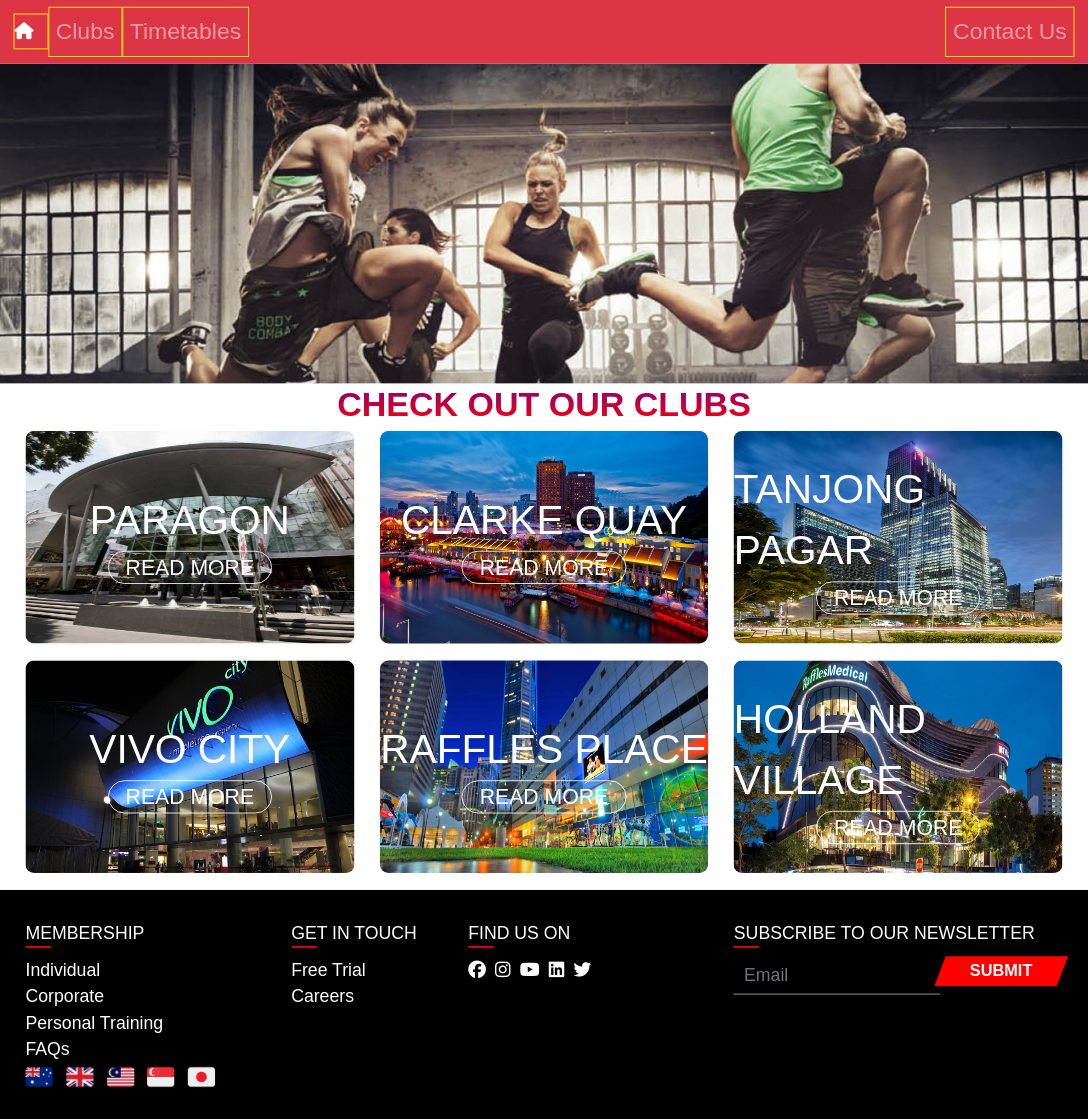
Repository: KJY93/User_Centric_Frontend_Development_Project
Page: clubs.html
The author's editor kept a record of every edit. The page is drawn from the files as they stood at one moment, then again after the next edit.
The browser window is 1280 px wide. The pictures show the whole page, at 85% of full size.
Some web fonts or font styles are not loaded; a fallback is used. Some web libraries are served in a nearby version.

Above is the page before.

### clubs.html
<!DOCTYPE html>
<html lang="en-US">
	<head>
	    <meta charset="UTF-8">
	    <meta name="viewport" content="width=device-width, initial-scale=1.0">
	    <meta http-equiv="X-UA-Compatible" content="ie=edge">
	    <title>Shape Shifters | Our Clubs</title>

		<!-- Google Fonts -->
	    <link href="https://fonts.googleapis.com/css?family=Cute+Font&display=swap" rel="stylesheet">

	    <!-- Logo -->
	    <link rel="icon" href="static/fitness-logo.ico">

	    <!-- Bootstrap CSS -->
	    <link rel="stylesheet" href="https://stackpath.bootstrapcdn.com/bootstrap/4.3.1/css/bootstrap.min.css" integrity="sha384-ggOyR0iXCbMQv3Xipma34MD+dH/1fQ784/j6cY/iJTQUOhcWr7x9JvoRxT2MZw1T" crossorigin="anonymous">

	    <!-- External CSS StyleSheet -->
		<link rel="stylesheet" type="text/css" href="static/styles.css">

		<!-- Bootstrap JS -->
	    <script src="https://code.jquery.com/jquery-3.3.1.slim.min.js" integrity="sha384-q8i/X+965DzO0rT7abK41JStQIAqVgRVzpbzo5smXKp4YfRvH+8abtTE1Pi6jizo" crossorigin="anonymous"></script>
	    <script src="https://cdnjs.cloudflare.com/ajax/libs/popper.js/1.14.7/umd/popper.min.js" integrity="sha384-UO2eT0CpHqdSJQ6hJty5KVphtPhzWj9WO1clHTMGa3JDZwrnQq4sF86dIHNDz0W1" crossorigin="anonymous"></script>
	    <script src="https://stackpath.bootstrapcdn.com/bootstrap/4.3.1/js/bootstrap.min.js" integrity="sha384-JjSmVgyd0p3pXB1rRibZUAYoIIy6OrQ6VrjIEaFf/nJGzIxFDsf4x0xIM+B07jRM" crossorigin="anonymous"></script>

	    <!-- Font Awesome -->
	    <script src="https://kit.fontawesome.com/3df94da5fe.js"></script>

	    <!--External JS -->
	    <script type="text/javascript" src="static/index.js"></script>
	</head>
	<body>
		<main>
	        <!-- Navbar -->
			<nav class="navbar navbar-expand-md navbar-dark bg-danger">

			  	<button class="navbar-toggler" type="button" data-toggle="collapse" data-target="#navbarNav">
			    <span class="navbar-toggler-icon"></span>
			  	</button>
			  	<div class="collapse navbar-collapse justify-content-between" id="navbarNav">
					<ul class="navbar-nav">
						<li class="nav-item">
			    			<a class="navbar-brand nav-status" href="index.html"><span><i class="fas fa-home"></i></span></a>
			    		</li>
					</ul>
			    	<ul class="navbar-nav mr-auto">
			      		<li class="nav-item">
			        		<a class="nav-link nav-status" href="clubs.html">Clubs</a>
			      		</li>
			      		<li class="nav-item">
			        		<a class="nav-link nav-status" href="timetables.html">Timetables</a>
			      		</li>
			    	</ul>

			    	<ul class="navbar-nav ml-auto">
			      		<li class="nav-item">
			        		<a class="nav-link nav-status" href="contact.html">Contact Us</a>
			      		</li>
			    	</ul>
			  	</div>
			</nav>

			<!-- Header background -->
			<div id="club-header-background"></div>

			<div>
				<h1 class="club-header"><strong>CHECK OUT OUR CLUBS</strong></h1>
			</div>

			<!-- To display clubs location -->
			<div class="container-fluid">
				<div class="row">
					<div class="col-sm-12 col-md-4 location-container">
						<a id="location-image-1" class="location" href="#">
							<div class="location-name">
								PARAGON
							</div>
							<div class="club-info">
								READ MORE
							</div>
						</a>
					</div>

					<div class="col-sm-12 col-md-4 location-container">
						<a id="location-image-2" class="location" href="#">
							<div class="location-name">
								CLARKE QUAY
							</div>
							<div class="club-info">
								READ MORE
							</div>
						</a>
					</div>

					<div class="col-sm-12 col-md-4 location-container">
						<a id="location-image-3" class="location" href="#">
							<div class="location-name">
								TANJONG PAGAR
							</div>
							<div class="club-info">
								READ MORE
							</div>
						</a>
					</div>

					<div class="col-sm-12 col-md-4 location-container">
						<a id="location-image-4" class="location" href="#">
							<div class="location-name">
								VIVO CITY
							</div>
							<div class="club-info">
								READ MORE
							</div>
						</a>
					</div>

					<div class="col-sm-12 col-md-4 location-container">
						<a id="location-image-5" class="location" href="#">
							<div class="location-name">
								RAFFLES PLACE
							</div>
							<div class="club-info">
								READ MORE
							</div>
						</a>
					</div>

					<div class="col-sm-12 col-md-4 location-container">
						<a id="location-image-6" class="location" href="#">
							<div class="location-name">
								HOLLAND VILLAGE
							</div>
							<div class="club-info">
								READ MORE
							</div>
						</a>
					</div>
				</div>
			</div>

			<!-- Footer -->
			<footer>
				<div class="container-fluid">
					<div class="row">
						<div class="col-sm-12 col-md-3">
							<div>MEMBERSHIP</div>
							<div class="separator"></div>
							<div>Individual</div>
							<div>Corporate</div>
							<div>Personal Training</div>
							<div>FAQs</div>
						</div>

						<div class="col-sm-12 col-md-2">
							<div>GET IN TOUCH</div>
							<div class="separator"></div>
							<div>Free Trial</div>
							<div>Careers</div>
						</div>

						<div class="col-sm-12 col-md-3">
							<div>FIND US ON</div>
							<div class="separator"></div>
							<div>
								<i class="fab fa-facebook social-media-logo"></i>
								<i class="fab fa-instagram social-media-logo"></i>
								<i class="fab fa-youtube social-media-logo"></i>
								<i class="fab fa-linkedin social-media-logo"></i>
								<i class="fab fa-twitter social-media-logo"></i>
							</div>
						</div>

						<div class="col-sm-12 col-md-4">
							<div>SUBSCRIBE TO OUR NEWSLETTER</div>

							<div class="separator"></div>

							<form method="post" action="">
								<div class="input-field-container">
									<div class="form-group">
										<input input id="subscription" type="email" class="form-control" placeholder="Email" required>
									</div>

									<div class="each">
										<button type="button" class="submit-btn" value="submit"><span>SUBMIT</span></button>
									</div>
								</div>
							</form>
						</div>

						<div class="col-sm-12">
							<img class="flag-logo" src="static/australia-flag.png" alt="australia flag"/>
							<img class="flag-logo" src="static/uk-flag.png" alt="uk flag"/>
							<img class="flag-logo" src="static/mys-flag.png" alt="malaysia flag"/>
							<img class="flag-logo" src="static/sg-flag.png" alt="singapore flag"/>
							<img class="flag-logo" src="static/jpn-flag.png" alt="japan flag"/>
						</div>
					</div>
				</div>
			</footer>
		</main>
	</body>
</html>

### static/styles.css
body, html {
	height: 100%;
}

body {
	font-family: 'Cute Font', cursive, sans-serif;
}

#navbarbrandlistitem {
	text-decoration: none;
}

nav li {
	border: 1px solid yellow;
}

body.home a.home, body.articles a.articles, body.blog a.blog {

	background-color: green;

}

.nav-item {
	font-size: 130%;
}

.table-striped > tbody > tr:nth-child(odd) > td {
	background: -webkit-linear-gradient(top, #fee5ac, #ffa824);
}

#subscription {
  background: transparent;
  border: none;
  border-bottom: 1px solid #a9a9a9;
  box-shadow: none;
  border-radius: 0;
}

.iframe-video-size {
	width: 300px;
	height: 320px;
}

.social-media-logo {
	margin-right: 5px;
}

.separator {
	margin-bottom: 10px;
	height: 2px;
	width: 30px;
	background: rgb(255, 0, 0);
	z-index: 1;
}

.row {
	margin-left: 0;
	margin-right: 0;
}

#advert > h1 {
	color: #ffffff;
}

#signup-link {
	color: #ffffff;
}

input[type="email"] {
 	font-size: 1em;
}

.col-sm-12, .col-md-6, .nav-link, #signup-link {
	font-size: 1.3em;
}

.link-deco:link {
	text-decoration: none;
}

.link-deco:hover {
	font-size:120%;
}

.link-font-color, button > .link-deco:hover {
	color: #ffffff;
}

.box2, .box3 {
	background: rgba(255,117,117,0.1);
}

.button-container, p, .challenge-container, #signup-container, .box3, .box2 {
	text-align: center;
}

#divider {
	width: 100%;
	border: 1px solid black;
}

footer {
	padding-top: 35px;
	padding-bottom: 35px;
	background: rgba(0, 0, 0);
	color: #ffffff;
}

.box1 {
	background:url('../static/background-mobile.jpg');
	background-repeat: no-repeat;
	background-size: 100% 100%;
	height: 280px;
	display: flex;
	align-items: center;
	justify-content: center;
}

/*https://codepen.io/adamjohnson/pen/aokGt*/
/* Skew button design adapted from the above codepen project*/
.submit-btn {
	color: #fff;
	background: #ff0000;
	font-weight: 700;
	text-align: center;
	text-decoration: none;
	border: 0;
	outline: 0;
	font-size: 1.2rem;
	padding: 12px 35px;
	display: inline-block;
	transform: skew(-21deg);
	border-radius: 0;
}

.input-field-container {
	display: flex;
	flex-direction: row;
}

.submit-btn:hover {
	background: #0069a8;
}

span {
	display: inline-block; /* change to inline-block so that the text can be un-skewed*/
}

.submit-btn > span {
	-webkit-transform: skew(21deg);  /* Un-skew the text */
}

.btn-group {
	padding-left: 15px;
}

.btn-group-1 {
	background: lightblue;
}

.flag-logo {
	padding-right: 10px;
}

#club-header-background {
	background:url('../static/bodycombat.jpg');
	background-repeat: no-repeat;
	background-size: 100% 100%;
	height: 200px;
}

.club-header {
	text-align: center;
	background: linear-gradient(to top, #ff0000 , #800080);
	-webkit-background-clip: text;
	-webkit-text-fill-color: transparent;
	font-size: 2.5em;
}

.location {
	display: flex;
	flex-direction: column;
	justify-content: center;
	align-items: center;
	color: #ffffff;
	margin-bottom: 20px;
}

.location:link {
	text-decoration: none;
}

.location:hover {
	opacity: 0.8;
}

.location:hover .location-name, .location:hover .club-info {
	background: linear-gradient(to top, #ff0000 , #ff9800);
	-webkit-background-clip: text;
	-webkit-text-fill-color: transparent;
}

.location-name {
	font-size: 2.3em;
}

.club-info {
	font-size: 1.2em;
	border: 1px solid #ffffff;
	padding-left: 20px;
	padding-right: 20px;
	border-radius: 20px;
}

#location-image-1 {
	background:url('../static/paragon.jpg');
    background-size: 100% 100%;
    background-repeat: no-repeat;
    background-position: center;
	border-radius: 10px;
	height: 250px;
}

#location-image-2 {
	background:url('../static/clarke-quay.jpg');
    background-size: 100% 100%;
    background-repeat: no-repeat;
    background-position: center;
	border-radius: 10px;
	height: 250px;
}

#location-image-3 {
	background:url('../static/tanjongpagar.jpg');
    background-size: 100% 100%;
    background-repeat: no-repeat;
    background-position: center;
	border-radius: 10px;
	height: 250px;
}

#location-image-4 {
	background:url('../static/vivocity.jpg');
    background-size: 100% 100%;
    background-repeat: no-repeat;
    background-position: center;
	border-radius: 10px;
	height: 250px;
}

#location-image-5 {
	background:url('../static/rafflesplace.jpg');
    background-size: 100% 100%;
    background-repeat: no-repeat;
    background-position: center;
	border-radius: 10px;
	height: 250px;
}

#location-image-6 {
	background:url('../static/rafflesmall.jpg');
    background-size: 100% 100%;
    background-repeat: no-repeat;
    background-position: center;
	border-radius: 10px;
	height: 250px;
}

#timetables-header-background {
	background:url('../static/groupyoga.jpg');
	background-repeat: no-repeat;
	background-size: 100% 100%;
	height: 250px;
}

/* override text alignment and font-size*/
.table {
	text-align: center;
	font-size: 1.3rem;
}

#contact-us-background {
	background:url('../static/reachout.jpg');
	background-repeat: no-repeat;
	background-size: 100% 100%;
	height: 200px;
}

.contact-container {
	display: flex;
	align-items: center;
	flex-direction: column;
}

.generic-submit-btn-container, .form-attribute {
	text-align: center;
}

.form-group.w-75 {
	text-align: center;
}

.contact-us {
	font-size: 1.8em;
}

.generic-submit-btn-container {
	margin-bottom: 15px;
}

.form-attribute, .form-placeholder:placeholder-shown, textarea:placeholder-shown {
  font-size: 1.2em;
}

/* for extra small device */
@media (max-width: 400px) {
	.iframe-video-size {
	width: 260px;
	height: 320px;
	}

	#club-header-background {
		height: 160px;
	}

	.club-header {
		font-size: 2.0em;
	}

	.location-name {
		font-size: 2.0em;
	}

	.club-info {
		font-size: 1.0em;
	}

	.contact-us {
		font-size: 1.5em;
	}
	.box1 {
		height: 220px;
	}
}

/* for medium screen device */
@media (min-width: 768px) and (max-width: 991.98px) {
	.box1 {
		background:url('../static/background.jpg');
		background-repeat: no-repeat;
		height: 400px; /* 550 */
		background-size: 100% 100%;
	}

	.box2 {
		text-align: center;
	}

	.btn-group {
		padding-left: 0;
	}

	.iframe-video-size {
		width: 340px;
		height: 320px;
	}

	#timetables-header-background {
		height: 450px;
	}

	.table {
		font-size: 1.8rem;
	}

	#contact-us-background {
		height: 450px;
	}

	.form-attribute, .form-placeholder:placeholder-shown, textarea:placeholder-shown,
	.generic-submit-btn-container > button {
	  font-size: 1.4em;
	}

	.location-name, .club-info {
		font-size: 1.5em;
	}
}

/* for large screen device */
@media (min-width: 992px) {
	.box1 {
		height: 600px;
	}

	.btn-group {
		padding-left: 0;
	}

	.submit-btn {
		padding: 3px 35px;
	}

	.iframe-video-size {
		width: 470px;
		height: 320px;
	}

	#club-header-background {
		height: 376px;
	}

	#timetables-header-background {
		height: 600px;
	}

	#contact-us-background {
		height: 550px;
	}

	.form-attribute, .form-placeholder:placeholder-shown, textarea:placeholder-shown,
	.generic-submit-btn-container > button {
	  font-size: 1.5em;
	}

}

### static/index.js
// added interactivity to show user which current page they are currently on using javascript
document.addEventListener('DOMContentLoaded', () => {

    var navlinkitem = document.querySelectorAll('nav li a');
    console.log(navlinkitem);

    for (var i = 0; i < navlinkitem.length; i++) {

        if (navlinkitem[i].href == window.location.href) {
            navlinkitem[i].parentElement.classList.add('activepage');
        }
    }
});

After the next edit:
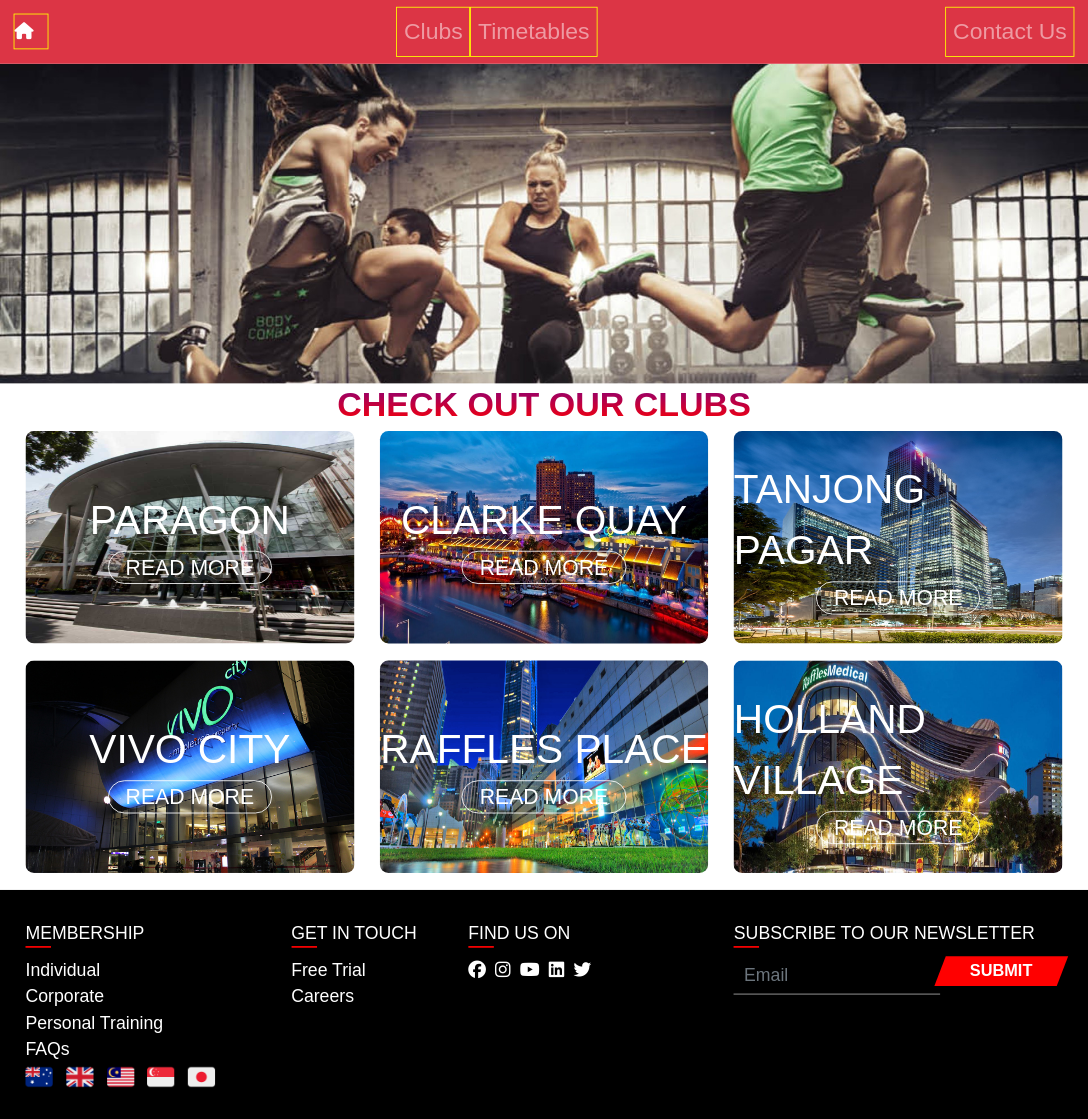
The edit:
--- a/clubs.html
+++ b/clubs.html
@@ -43,7 +43,7 @@
 			    			<a class="navbar-brand nav-status" href="index.html"><span><i class="fas fa-home"></i></span></a>
 			    		</li>
 					</ul>
-			    	<ul class="navbar-nav mr-auto">
+			    	<ul class="navbar-nav ml-auto">
 			      		<li class="nav-item">
 			        		<a class="nav-link nav-status" href="clubs.html">Clubs</a>
 			      		</li>
